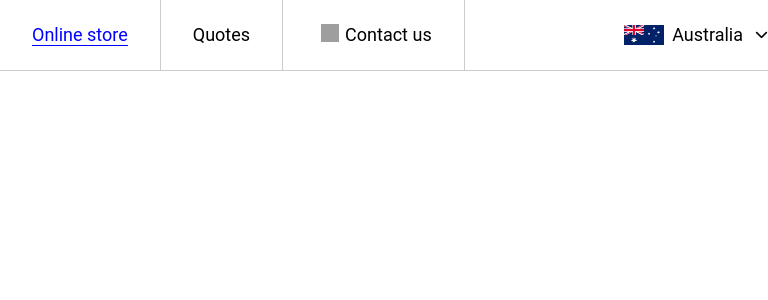
Repository: NguyenMinhKhanhB1909929/Practice_HTML-01
Page: index.html
These files come from the project's save history. The page is drawn as it stood at one moment and after the next save; the edit follows.
The browser window is 768 px wide. The pictures show the whole page.
Pictures or frames that could not be fetched are drawn as grey boxes. Some web libraries are served in a nearby version.

Above is the page before, as saved 2022-04-07 19:07:14.

After the next save:
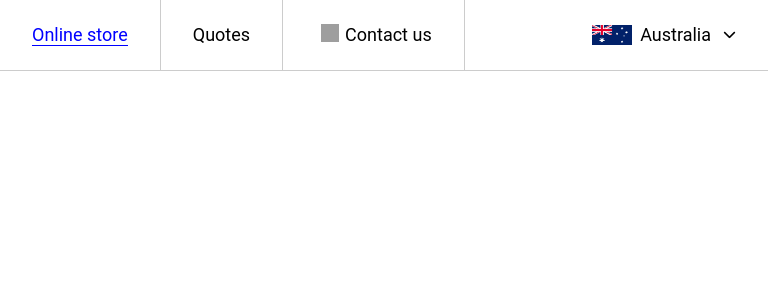
Saved 48 s later.
--- a/asset/style/style.css
+++ b/asset/style/style.css
@@ -276,9 +276,6 @@ a {
   .header {
     padding: 0 0;
     max-width: 100%;
-  }
-  .header__nation-icon {
-    margin-right: 0;
   }
   /* Nav */
   .nav {
